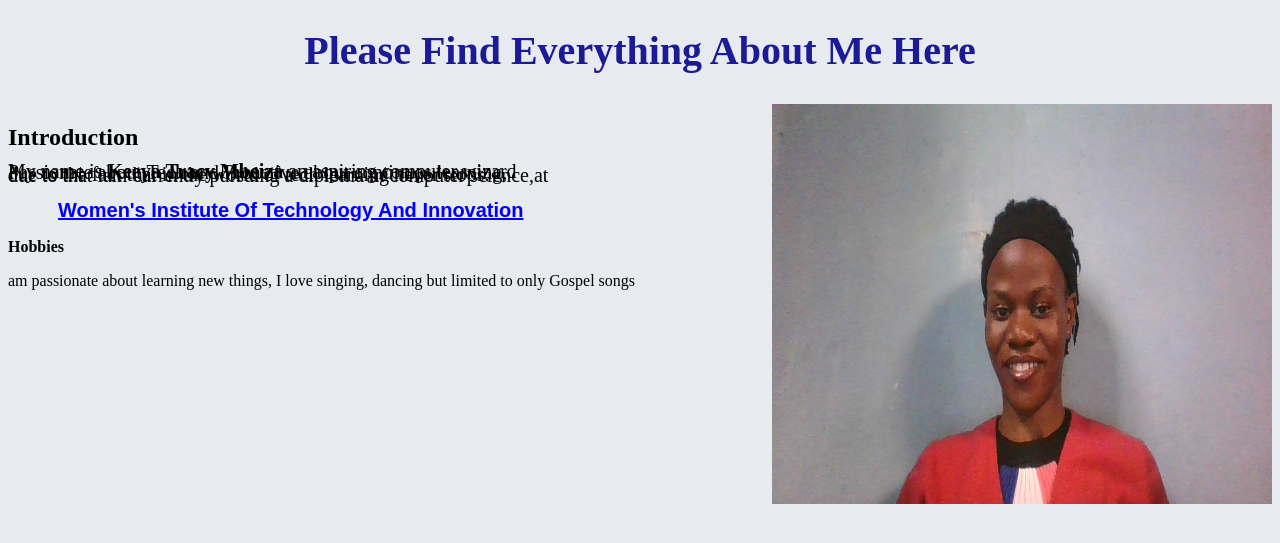
Repository: tracykeeya/my_first_web
Page: index.html
The author's editor kept a copy of each file at every save. The page is drawn from the files as they stood at one save, then again after the next save.
The browser window is 1280 px wide. The pictures show the whole page.

Above is the page before, as saved 2025-11-03 12:01:57.

### index.html
<!DOCTYPE html>
<html lang="en">
<head>
    <meta charset="UTF-8">
    <meta name="viewport" content="width=device-width, initial-scale=1.0">
    <title>My First Web Page</title>
</head>
<body style="background-color: rgb(231, 234, 238)" font-family="Arial, Helvetica, sans-serif" margin: 40px; color: #333;>

    <!-- my first heading -->
    <h1 style="text-align: center; color: rgb(27, 27, 151); font-size: 40px; margin-bottom: 30px;">Please Find Everything About Me Here</h1>

    <!-- putting the text and the image in one section -->
    <div style="display: flex; align-items: flex-start; justify-content: space-between;">
        <!-- aligning the text to the left -->
        <div style="width: 60%;">
    <h2 style="color: black;">Introduction</h2>

    <p style="font-size: 20px; line-height: 1.6px;">My name is<strong> Keeya Tracy Mbeiza</strong> an aspiring computer wizard<br>Passionate about Tech and Proactive about continuos learning,<br> due to the fact that in the world of tech learning never stops.<br> due to that lam currently pursuing a diploma in computer science,at<br>
        </br></p>
    <a href="https://www.witi.ac.ug/" style="position: relative; left: 50px; color: rgb(0, 0, 255); font-size: 20px; font-family: Arial, Helvetica, sans-serif"><b> Women's Institute Of Technology And Innovation</b></a>

    <p><b>Hobbies</b></p>
    <p> am passionate about learning new things,
    I love singing, dancing but limited to only Gospel songs</p>
        </div>


    <!-- <img src="https://www.witi.ac.ug/wp-content/uploads/2020/08/WhatsApp-Image-2020-08-14-at-11.16.16-AM.jpeg" alt=""> -->
    <img src="/Tracy.jpg " alt="" width="500px" height="400px";>
   </div>
</body>
</html>

After the next save:
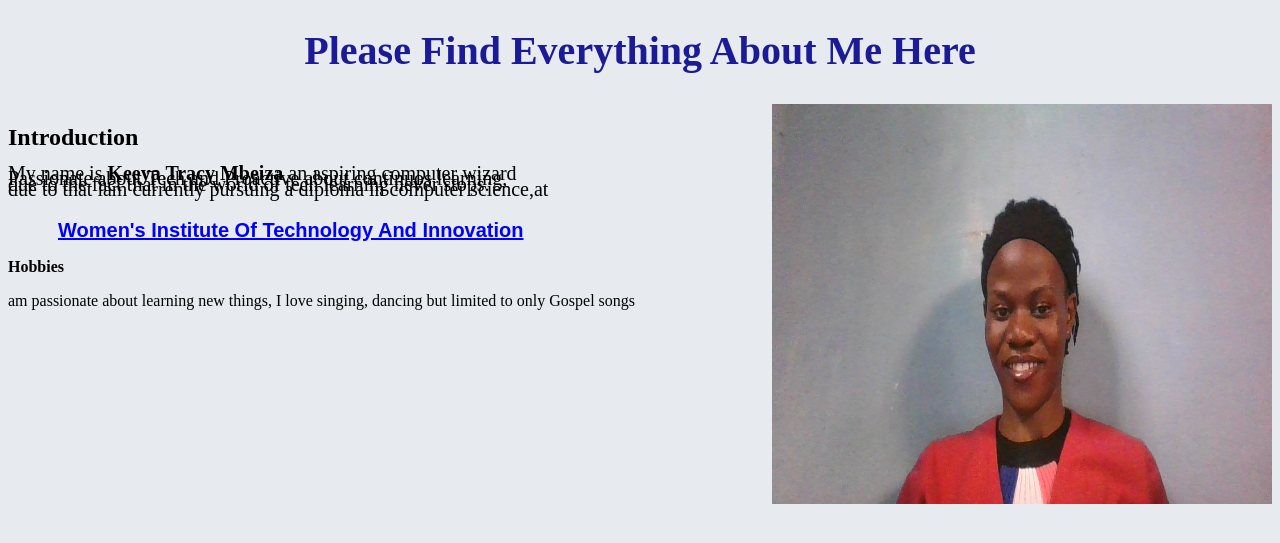
Saved 26 s later.
--- a/index.html
+++ b/index.html
@@ -16,7 +16,7 @@
         <div style="width: 60%;">
     <h2 style="color: black;">Introduction</h2>
 
-    <p style="font-size: 20px; line-height: 1.6px;">My name is<strong> Keeya Tracy Mbeiza</strong> an aspiring computer wizard<br>Passionate about Tech and Proactive about continuos learning,<br> due to the fact that in the world of tech learning never stops.<br> due to that lam currently pursuing a diploma in computer science,at<br>
+    <p style="font-size: 20px; line-height: 5.6px;">My name is<strong> Keeya Tracy Mbeiza</strong> an aspiring computer wizard<br>Passionate about Tech and Proactive about continuos learning,<br> due to the fact that in the world of tech learning never stops.<br> due to that lam currently pursuing a diploma in computer science,at<br>
         </br></p>
     <a href="https://www.witi.ac.ug/" style="position: relative; left: 50px; color: rgb(0, 0, 255); font-size: 20px; font-family: Arial, Helvetica, sans-serif"><b> Women's Institute Of Technology And Innovation</b></a>
 
